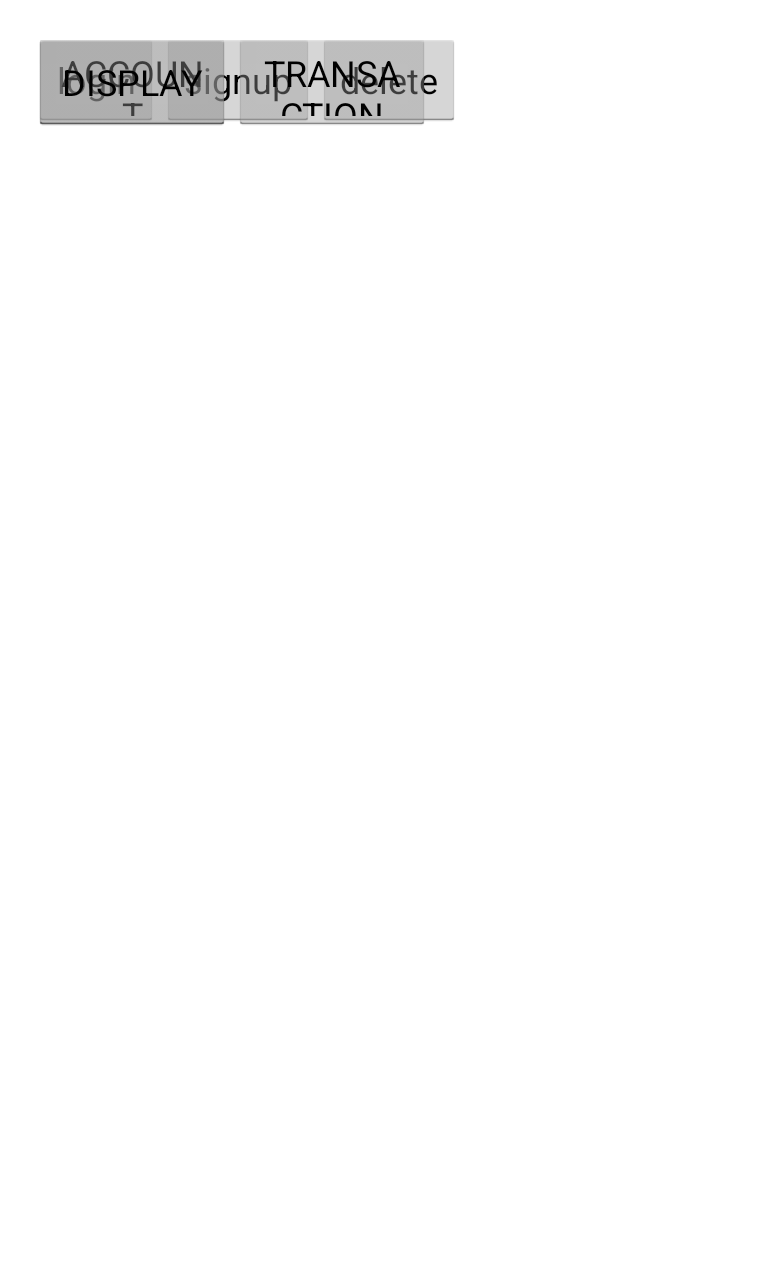
Repository: arjuntheprogrammer/iact
Layout: iact/iact android practice/mywork/tabhost/res/layout/activity_main.xml
These files come from the project's save history. The layout is drawn as it stood at one moment and after the next save; the edit follows.
It is drawn on a 768 x 1280 px phone screen (xhdpi) without system bars, with theme AppTheme; the app's code is not run.

Above is the layout before, as saved 2016-01-05 11:04:01.

### iact/iact android practice/mywork/tabhost/res/layout/activity_main.xml
<RelativeLayout xmlns:android="http://schemas.android.com/apk/res/android"
    xmlns:tools="http://schemas.android.com/tools"
    android:layout_width="match_parent"
    android:layout_height="match_parent"
    android:paddingBottom="@dimen/activity_vertical_margin"
    android:paddingLeft="@dimen/activity_horizontal_margin"
    android:paddingRight="@dimen/activity_horizontal_margin"
    android:paddingTop="@dimen/activity_vertical_margin"
    tools:context=".MainActivity" >

    <TabHost
        android:id="@+id/tabhost1"
        android:layout_width="match_parent"
        android:layout_height="match_parent"
        android:layout_alignParentLeft="true"
        android:layout_alignParentTop="true" >

        <LinearLayout
            android:layout_width="match_parent"
            android:layout_height="match_parent"
            android:orientation="vertical" >

            <TabWidget
                android:id="@android:id/tabs"
                android:layout_width="match_parent"
                android:layout_height="wrap_content" >
            </TabWidget>

            <FrameLayout
                android:id="@android:id/tabcontent"
                android:layout_width="match_parent"
                android:layout_height="match_parent" >

                <LinearLayout
                    android:id="@+id/tab1"
                    android:layout_width="match_parent"
                    android:layout_height="match_parent" >

                    <Button
                        android:id="@+id/b1"
                        android:layout_width="wrap_content"
                        android:layout_height="wrap_content"
                        android:text="login" />

                    <Button
                        android:id="@+id/b2"
                        android:layout_width="wrap_content"
                        android:layout_height="wrap_content"
                        android:text="signup" />

                    <Button
                        android:id="@+id/b3"
                        android:layout_width="wrap_content"
                        android:layout_height="wrap_content"
                        android:text="delete" />
                </LinearLayout>

                <LinearLayout
                    android:id="@+id/tab2"
                    android:layout_width="match_parent"
                    android:layout_height="match_parent" >
                <Button
                    android:id="@+id/b4"
                    android:text="ACCOUNT"
                    android:layout_width="100dp"
                    android:layout_height="50dp"
                    />
                <Button
                    android:id="@+id/b5"
                    android:text="TRANSACTION"
                    android:layout_width="100dp"
                    android:layout_height="50dp"
                    />


                </LinearLayout>

                <LinearLayout
                    android:id="@+id/tab3"
                    android:layout_width="match_parent"
                    android:layout_height="match_parent" >
                 <Button
                    android:id="@+id/b6"
                    android:text="DISPLAY"
                    android:layout_width="100dp"
                    android:layout_height="50dp"
                    />
                </LinearLayout>
            </FrameLayout>
        </LinearLayout>
    </TabHost>

</RelativeLayout>

Loaded but not shown: iact/iact android practice/mywork/tabhost/res/values/styles.xml (common file); iact/iact android practice/mywork/tabhost/res/values-v11/styles.xml (common file); iact/iact android practice/mywork/tabhost/res/values-v14/styles.xml (common file); iact/iact android practice/mywork/tabhost/res/values/dimens.xml (common file)

After the next save:
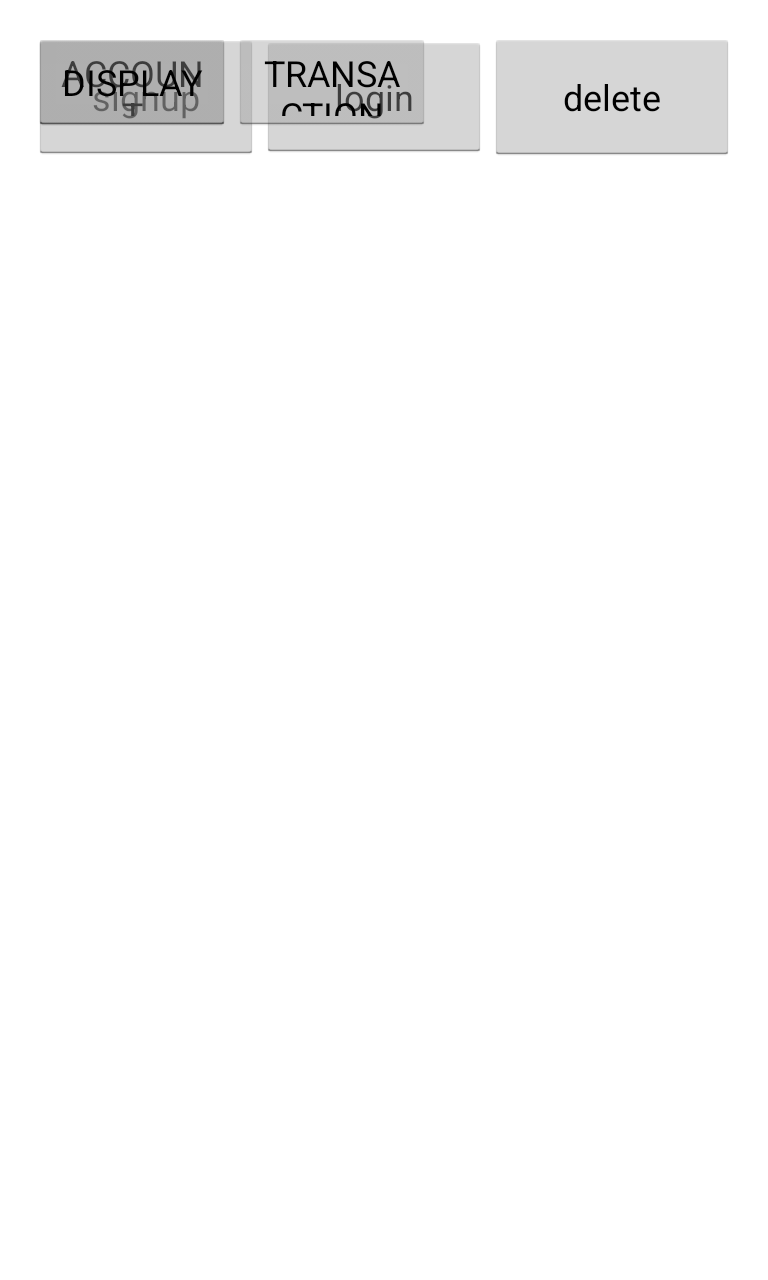
Saved 2 min 48 s later.
--- a/iact/iact android practice/mywork/tabhost/res/layout/activity_main.xml
+++ b/iact/iact android practice/mywork/tabhost/res/layout/activity_main.xml
@@ -37,22 +37,26 @@
                     android:layout_height="match_parent" >
 
                     <Button
+                        android:id="@+id/b2"
+                        android:layout_width="wrap_content"
+                        android:layout_height="64dp"
+                        android:layout_weight="0.40"
+                        android:text="signup" />
+
+                    <Button
                         android:id="@+id/b1"
                         android:layout_width="wrap_content"
-                        android:layout_height="wrap_content"
+                        android:layout_height="62dp"
+                        android:layout_weight="0.55"
                         android:text="login" />
-
-                    <Button
-                        android:id="@+id/b2"
-                        android:layout_width="wrap_content"
-                        android:layout_height="wrap_content"
-                        android:text="signup" />
 
                     <Button
                         android:id="@+id/b3"
                         android:layout_width="wrap_content"
-                        android:layout_height="wrap_content"
+                        android:layout_height="65dp"
+                        android:layout_weight="0.56"
                         android:text="delete" />
+
                 </LinearLayout>
 
                 <LinearLayout
